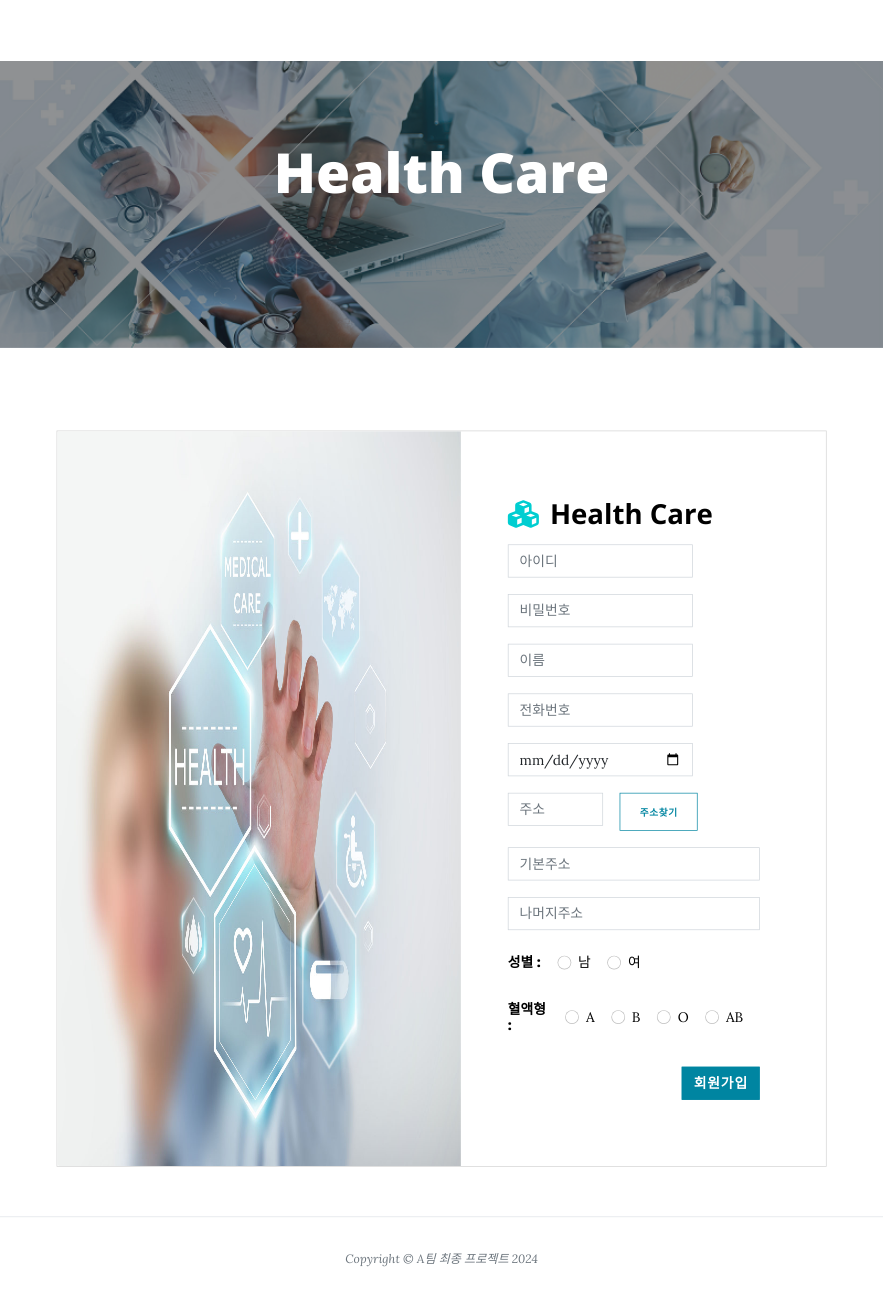
Repository: honsb91/project
Page: http://localhost/hospital/member/join.jsp
These files come from the project's save history. The page is drawn as it stood at one moment and after the next save; the edit follows.
The browser window is 1280 px wide. The pictures show the whole page, at 69% of full size.
Some web libraries are served in a nearby version. The page is served by Tomcat 9. Nobody is signed in. The application's start-up code is not run.

Above is the page before, as saved 2024-01-29 02:41:41.

After the next save:
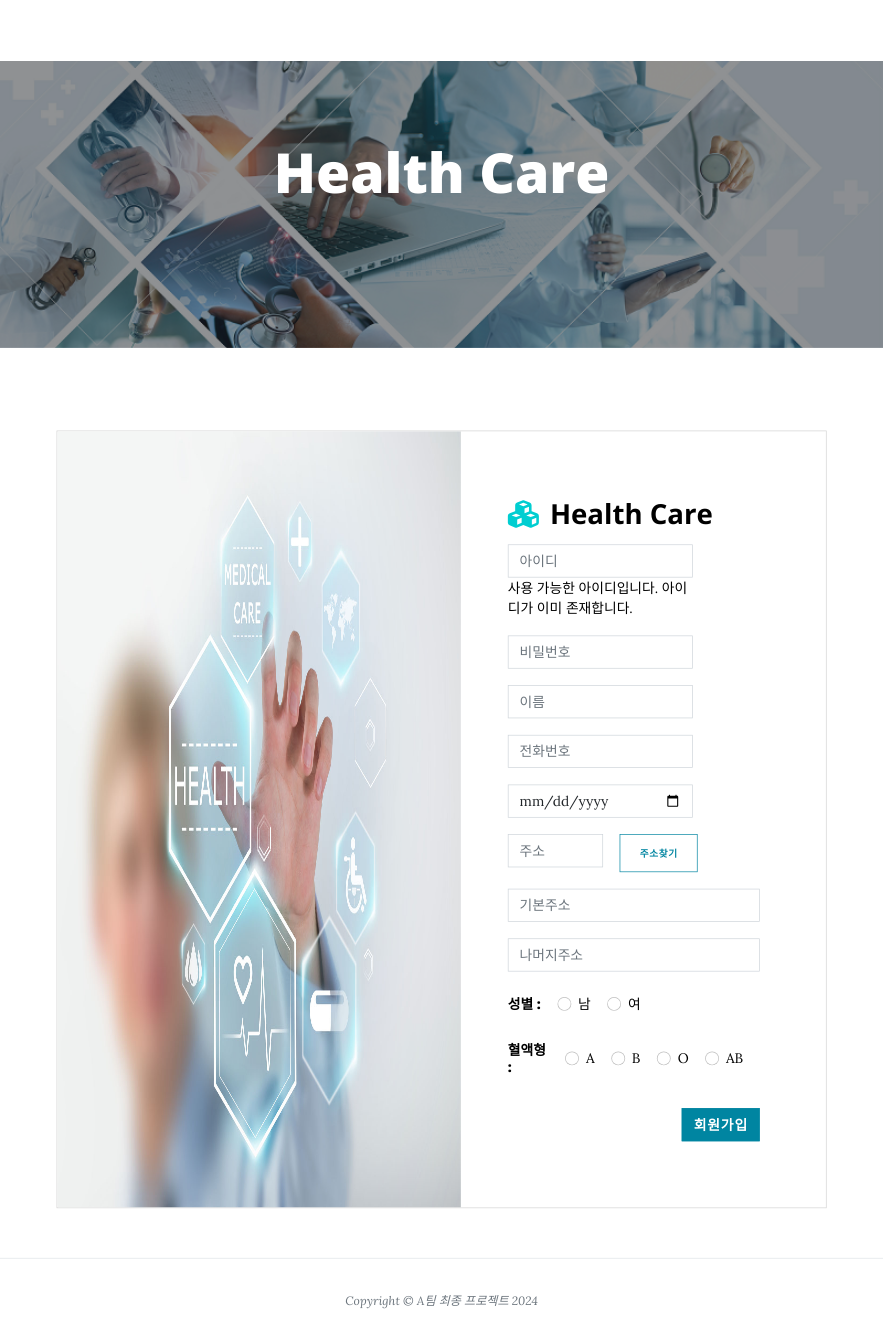
Saved 25 min 3 s later.
--- a/hospital/src/main/webapp/member/join.jsp
+++ b/hospital/src/main/webapp/member/join.jsp
@@ -31,6 +31,8 @@
                     <div class="form-outline">
                       <input type="text" name="patient_id" id="form3Example1m" class="form-control form-control-lg" placeholder="아이디" />
                     </div>
+                    <span class="id_input_re_1">사용 가능한 아이디입니다.</span>
+					<span class="id_input_re_2">아이디가 이미 존재합니다.</span>
                   </div>
                 </div>
                 <div class="row">
